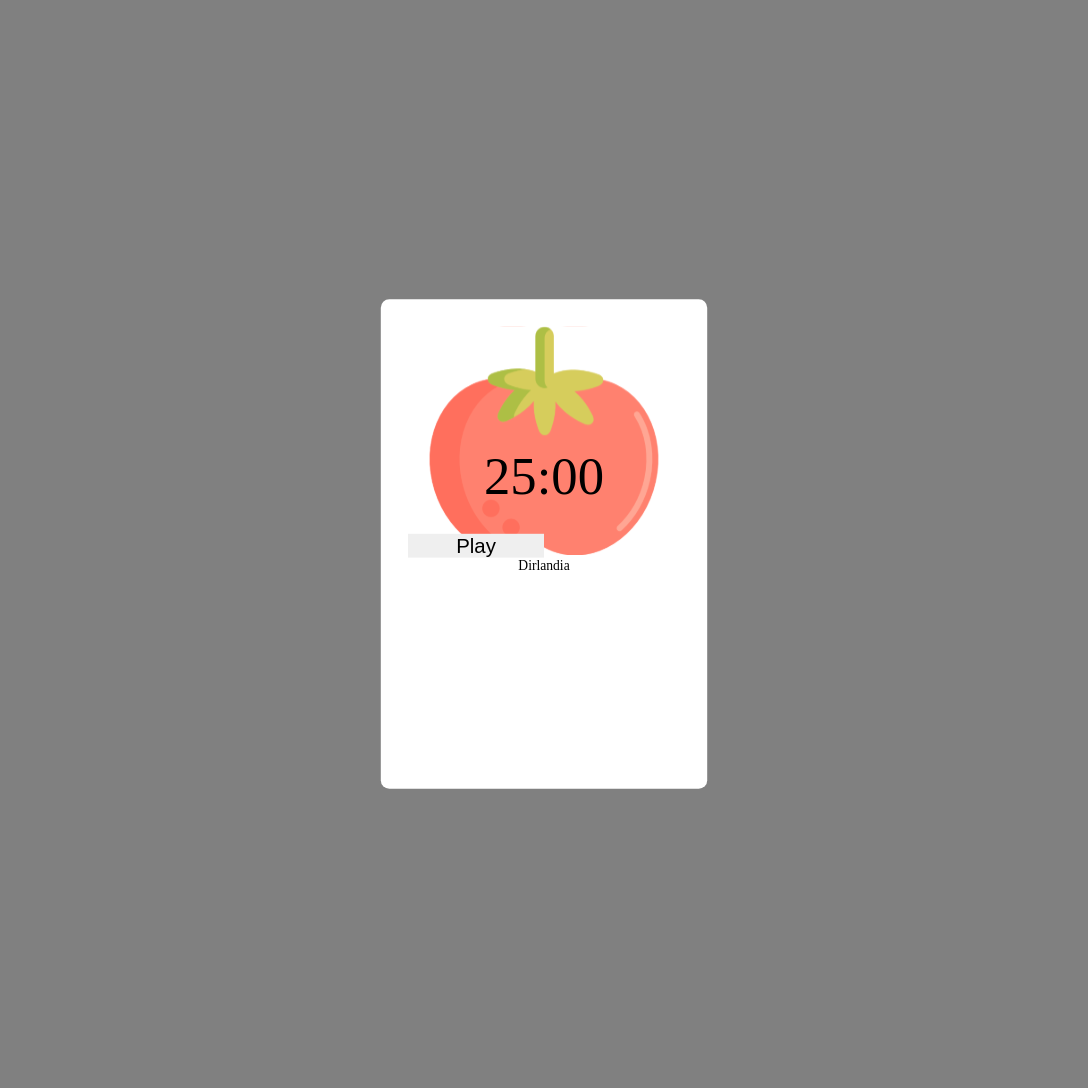
Repository: Dirlandia404/pomodoro
Page: /
These files come from the project's save history. The page is drawn as it stood at one moment and after the next save; the edit follows.
The browser window is 1280 px wide. The pictures show the whole page, at 85% of full size.
The project was rebuilt for these pictures with package versions that can differ from the ones it lists, and the page was loaded fresh each time.

Above is the page before, as saved 2021-11-24 23:45:24.

### public/index.html
<!DOCTYPE html>
<html lang="en">

<head>
  <meta charset="utf-8" />
  <link rel="icon" href="%PUBLIC_URL%/image 1.png" />
  <meta name="viewport" content="width=device-width, initial-scale=1" />
  <meta name="theme-color" content="#000000" />
  <meta name="description" content="Web site created using create-react-app" />
  <link rel="apple-touch-icon" href="%PUBLIC_URL%/logo192.png" />
  <!--
      manifest.json provides metadata used when your web app is installed on a
      user's mobile device or desktop. See https://developers.google.com/web/fundamentals/web-app-manifest/
    -->
  <link rel="manifest" href="%PUBLIC_URL%/manifest.json" />
  <!--
      Notice the use of %PUBLIC_URL% in the tags above.
      It will be replaced with the URL of the `public` folder during the build.
      Only files inside the `public` folder can be referenced from the HTML.

      Unlike "/favicon.ico" or "favicon.ico", "%PUBLIC_URL%/favicon.ico" will
      work correctly both with client-side routing and a non-root public URL.
      Learn how to configure a non-root public URL by running `npm run build`.
    -->
  <title>Pomodoro Clock</title>
</head>

<body>
  <noscript>You need to enable JavaScript to run this app.</noscript>
  <div id="root"></div>
  <!--
      This HTML file is a template.
      If you open it directly in the browser, you will see an empty page.

      You can add webfonts, meta tags, or analytics to this file.
      The build step will place the bundled scripts into the <body> tag.

      To begin the development, run `npm start` or `yarn start`.
      To create a production bundle, use `npm run build` or `yarn build`.
    -->
</body>

</html>

### src/index.jsx
import React from "react";
import ReactDOM from "react-dom";
import Clock from "./componentes/Primeiro";

function App() {
    const  tempo ={time:25};

    return(
        <div className="App">
            <Clock trabalho={tempo} />
        </div>
    );
}
ReactDOM.render(
    <App />,
    document.getElementById("root")
)

### src/componentes/Primeiro.jsx
import { useEffect, useState } from "react";
import "./componente.css";

function Clock(props){
  const [time, setTime] = useState(25);

    const tick = () =>{
        if(time === 0){
            reset();
        }else{
            setTime([time -1]);
        }
    }
    const reset = () => setTime(parseInt(time));

    useEffect(() =>{
        const timerId = setInterval(() => tick, 60);
        return () => clearInterval(timerId)
    })
    return (
        <main>
            <form action="">
                <img src="/tomato.svg" alt="Tomate" />
                <p className="time">25:00</p>
                <button className="play">
                    Play
                </button>
            </form>
           <p >Dirlandia</p>
        </main>
    );
}

export default Clock

### src/componentes/componente.css
*{
    margin: 0;
    border: 0;
    padding: 0;
}
body{
    background-color: grey;
    min-width: 100vw;
    min-height: 100vw;
    display: flex;

    text-align: center;
    align-items: center;
    justify-content: center;
}
main {
    background-color: white;
    min-width: 320px;
    min-height: 40vw;

    justify-content: center;

    padding: 2rem;
    border-radius: 10px;

}

form{
    display: flex;
    flex-direction: column;
}

img{
    width: 100%;
}
p.time {
    padding: 10%;
    font-size: 62px;
    margin-top: -50%;
}
button.play{
    width: 50%;
    font-size: 24px;
}

After the next save:
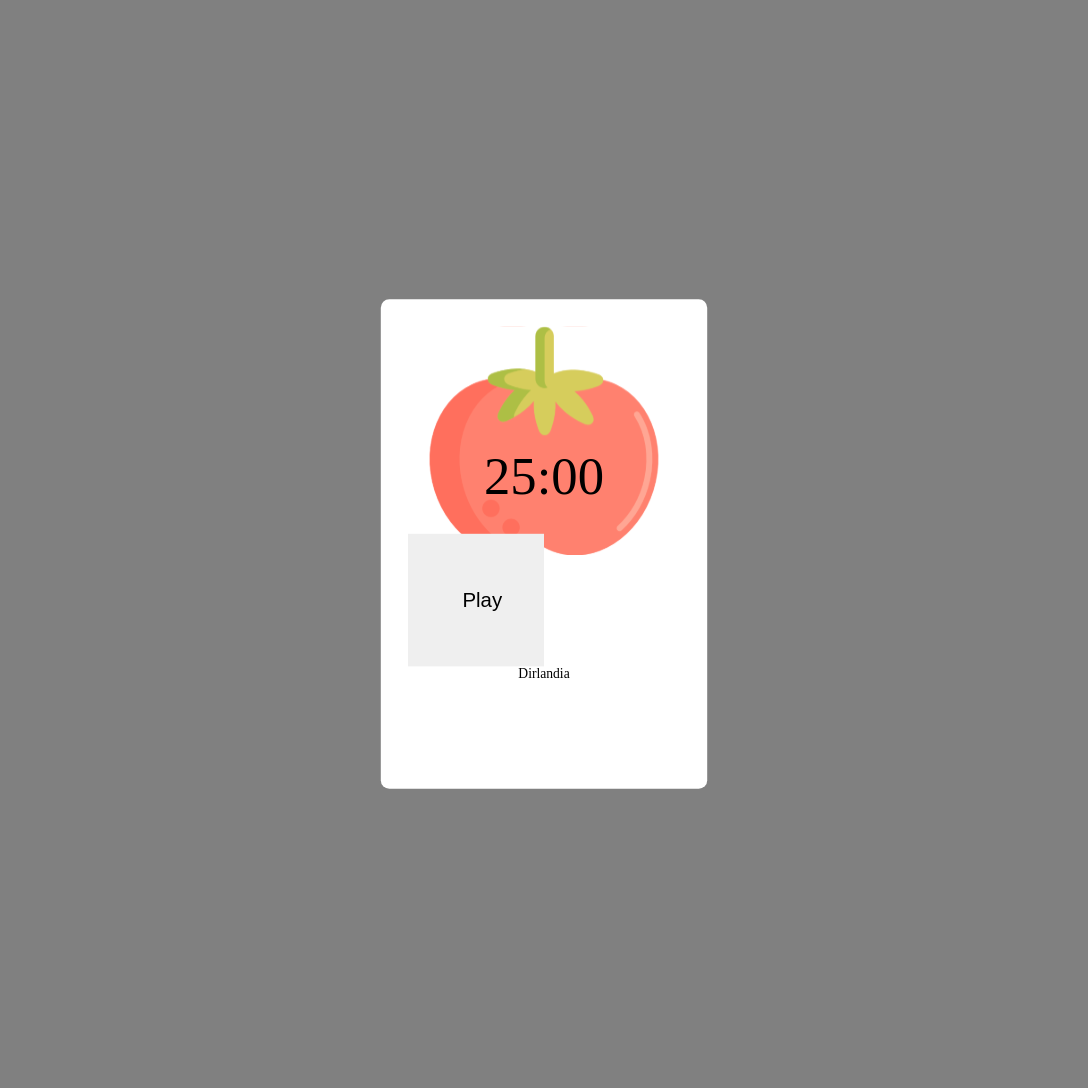
Saved 80 s later.
--- a/src/componentes/componente.css
+++ b/src/componentes/componente.css
@@ -39,6 +39,7 @@ p.time {
     margin-top: -50%;
 }
 button.play{
+    padding: 20%;
     width: 50%;
     font-size: 24px;
 }
